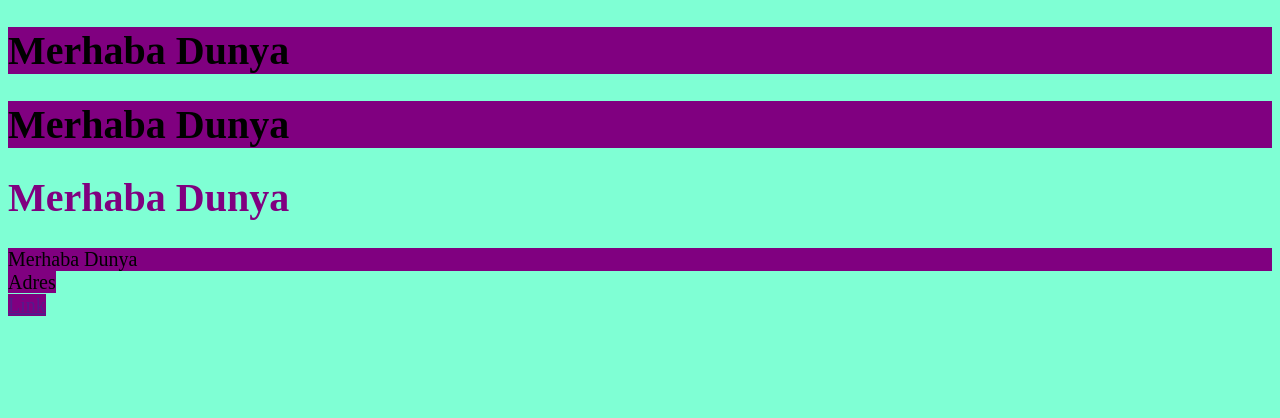
Repository: Kubraaygun/Html_Css_Login
Page: index.html
An editor plug-in stored every save of this project. The page is shown before and after the next save, followed by the edit.
The browser window is 1280 px wide. The pictures show the whole page.

Above is the page before, as saved 2025-03-04 17:30:02.

### index.html
<!DOCTYPE html>
<html lang="en">
  <head>
    <meta charset="UTF-8" />
    <meta name="viewport" content="width=device-width, initial-scale=1.0" />
    <title>HTML</title>

    <style>
      body {
        font-size: 20px;
        background-color: aquamarine;
      }
      .h1 {
        background-color: purple;
      }
      #h1 {
        color: purple;
      }
    </style>
  </head>

  <body>
    <!-- Block Elementler -->
    <h1 class="h1">Merhaba Dunya</h1>
    <h1 class="h1">Merhaba Dunya</h1>
    <h1 id="h1">Merhaba Dunya</h1>
    <div class="h1">Merhaba Dunya</div>
    <adress class="h1">Adres</adress>

    <br />
    <a class="h1" href="">Link</a>
  </body>
</html>

After the next save:
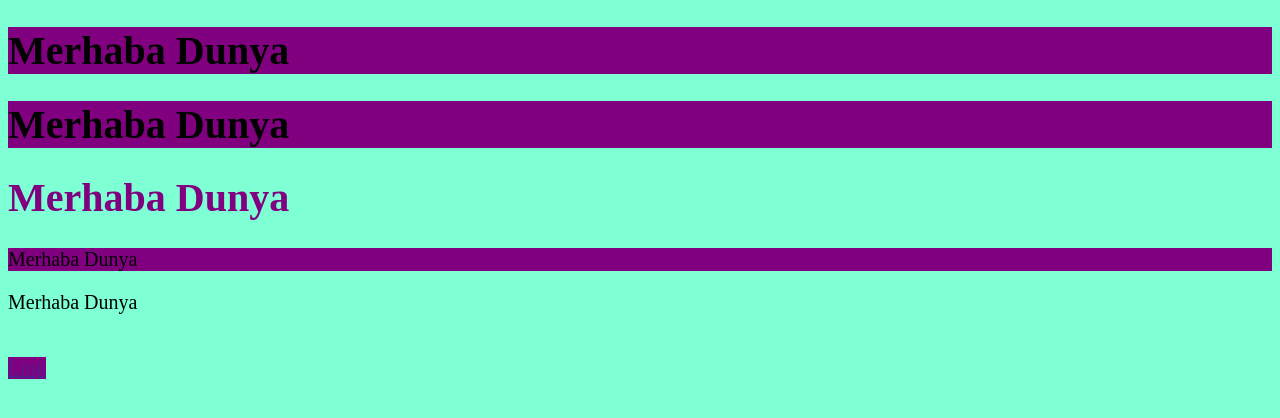
Saved 24 s later.
--- a/index.html
+++ b/index.html
@@ -25,7 +25,7 @@
     <h1 class="h1">Merhaba Dunya</h1>
     <h1 id="h1">Merhaba Dunya</h1>
     <div class="h1">Merhaba Dunya</div>
-    <adress class="h1">Adres</adress>
+    <p>Merhaba Dunya</p>
 
     <br />
     <a class="h1" href="">Link</a>
